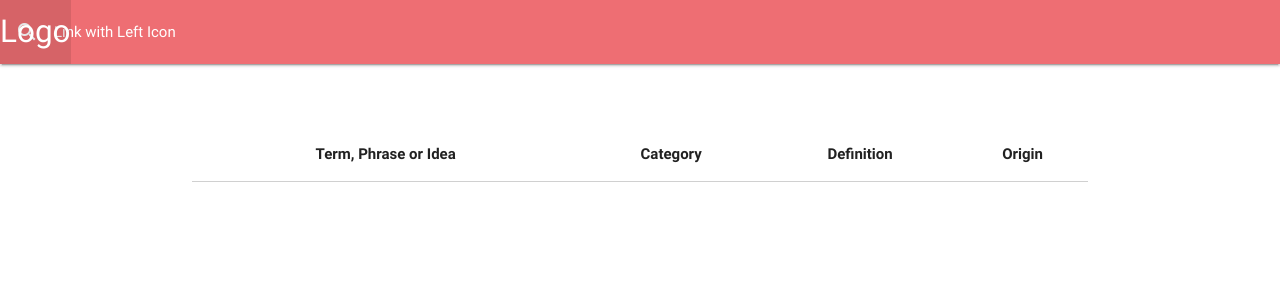
Repository: kalkiboru111/irish-dictionary-of-received-ideas
Page: http://localhost/
The author's editor kept a record of every edit. The page is drawn from the files as they stood at one moment, then again after the next edit.
The browser window is 1280 px wide. The pictures show the whole page.
Some web libraries are served in a nearby version. The page is served by the project's application, run on Flask 3 (app.py). Queries for data that is not in the repository find no rows.

Above is the page before.
Console error: TypeError: $(...).formSelect is not a function

### templates/terms.html

{% extends 'base.html' %}
{% block content %}

    <table class="highlight centered responsive-table">
        <thead>
          <tr>
              <th>Term, Phrase or Idea</th>
              <th>Category</th>
              <th>Definition</th>
              <th>Origin</th>
          </tr>
        </thead>
        <tbody>
        {% for term in terms %}
          <tr>
            <td>{{term.term_name}}</td>
            <td>{{term.term_category}}</td>
            <td>{{term.term_definition}}</td>
            <td>{{term.term_origin}}</td>
          </tr>
         {% endfor %}
        </tbody>
    </table>

{% endblock %}

### templates/base.html
<!DOCTYPE html>
<html>

<head>
    <link href="https://fonts.googleapis.com/icon?family=Material+Icons" rel="stylesheet">
    <link rel="stylesheet" href="https://cdnjs.cloudflare.com/ajax/libs/materialize/0.100.2/css/materialize.min.css">
    <link rel="stylesheet" href="{{url_for('static', filename='css/style.css')}}" type="text/css" />
    <script src="https://kit.fontawesome.com/845efe5847.js"></script>
</head>

<body>
    <header>
        <nav>
            <div class="nav-wrapper">
                <ul class="left">
                <a href="{{url_for('get_terms')}}" class="brand-logo left">Logo</a>
                <a href="sass.html"><i class="material-icons left">search</i>Link with Left Icon</a>
                <ul class="right">
                    <li><a href="sass.html">Sass</a></li>
                    <li><a href="badges.html">Components</a></li>
                    <li><a href="collapsible.html">Javascript</a></li>
                    <li><a href="mobile.html">Mobile</a></li>
                </ul>
            </div>
        </nav>
    </header>
    <div class="container">
        {% block content %} {% endblock %}
    </div>
    <script src="https://cdnjs.cloudflare.com/ajax/libs/jquery/3.2.1/jquery.min.js"></script>
    <script src="https://cdnjs.cloudflare.com/ajax/libs/materialize/0.100.2/js/materialize.min.js"></script>
    <script type="text/javascript">
        $(document).ready(function() {
            $('select').formSelect();
            $('.sidenav').sidenav();

        });
    </script>

</body>

</html>

### app.py
import os
from flask import Flask, render_template, redirect, request, url_for
from flask_pymongo import PyMongo
from bson.objectid import ObjectId

app = Flask(__name__)

app.config['MONGO_DBNAME'] = 'irish_dictionary'
app.config["MONGO_URI"] = os.getenv("MONGO_URI")

mongo = PyMongo(app)

@app.route('/')

# View directs user to terms page
@app.route('/get_terms')
def get_terms():
    return render_template("terms.html",
    terms=mongo.db.terms.find())

@app.route('/add_term')
def add_term():
    return render_template("add_term.html",
    categories=mongo.db.categories.find())

@app.route('/insert_term', methods=['POST'])
def insert_term():
    terms = mongo.db.terms
    terms.insert_one(request.form.to_dict())
    return redirect(url_for('get_terms'))

@app.route('/edit_term/<term_id>')
def editterm(term_id):
    the_term =  mongo.db.terms.find_one({"_id": ObjectId(term_id)})
    all_categories =  mongo.db.categories.find()
    return render_template('editterm.html', term=the_term,
                           categories=all_categories)

@app.route('/update_term/<term_id>', methods=['POST'])
def update_term(term_id):
    terms = mongo.db.terms
    terms.update( {"_id": ObjectId(term_id)},
    {   'term_name':request.form.get('term_name'),
        'category_name':request.form.get('category_name'),
        'term_definition': request.form.get('term_definition'),
        'term_origin':request.form.get('term_origin')
    })
    return redirect(url_for('get_terms'))

@app.route('/delete_term/<term_id>')
def delete_term(term_id):
    mongo.db.terms.remove({"_id": ObjectId(term_id)})
    return redirect(url_for('get_terms'))

if __name__ == '__main__':
    app.run(host=os.environ.get('IP'),
            port=int(os.environ.get('PORT')),
            debug=True)

### static/css/style.css
/* body {
    background-color: red;
}

After the next edit:
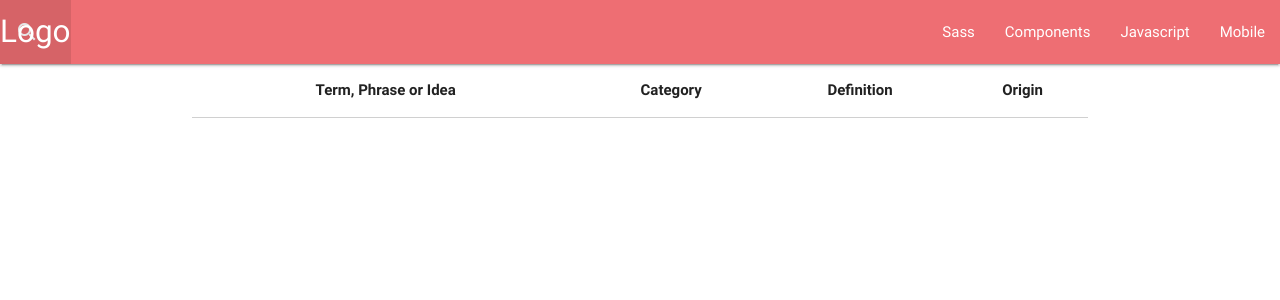
The edit:
--- a/templates/base.html
+++ b/templates/base.html
@@ -13,8 +13,9 @@
         <nav>
             <div class="nav-wrapper">
                 <ul class="left">
-                <a href="{{url_for('get_terms')}}" class="brand-logo left">Logo</a>
-                <a href="sass.html"><i class="material-icons left">search</i>Link with Left Icon</a>
+                    <li><a href="{{url_for('get_terms')}}" class="brand-logo">Logo</a></li>
+                    <li><a href="sass.html"><i class="material-icons">search</i></a></li>
+                </ul>
                 <ul class="right">
                     <li><a href="sass.html">Sass</a></li>
                     <li><a href="badges.html">Components</a></li>
